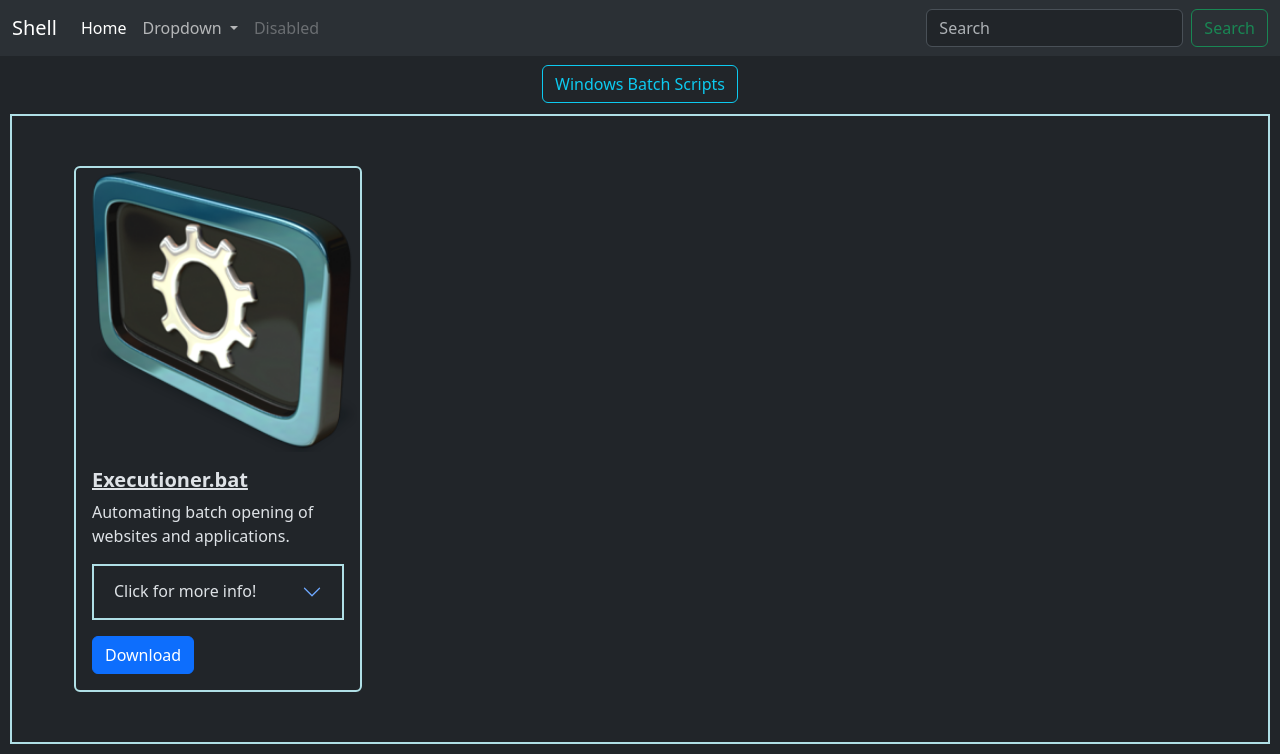
Repository: VictoriousMango/Archive
Page: index.html
These files come from the project's save history. The page is drawn as it stood at one moment and after the next save; the edit follows.
The browser window is 1280 px wide. The pictures show the whole page.

Above is the page before, as saved 2024-06-06 01:32:37.

### index.html
<!doctype html>
<html lang="en">
    <head>
        <meta charset="utf-8">
        <meta name="viewport" content="width=device-width, initial-scale=1">
        <title>Bootstrap demo</title>
        <link href="https://cdn.jsdelivr.net/npm/bootstrap@5.3.3/dist/css/bootstrap.min.css" rel="stylesheet" integrity="sha384-QWTKZyjpPEjISv5WaRU9OFeRpok6YctnYmDr5pNlyT2bRjXh0JMhjY6hW+ALEwIH" crossorigin="anonymous">    </head>
    <body data-bs-theme="dark">
        <!-- NavBar -->
        <nav class="navbar navbar-expand-lg bg-body-tertiary ">
            <div class="container-fluid">
                <a href="#" class="navbar-brand" role="button" onclick="Toggling()">Shell</a>
              <button class="navbar-toggler" type="button" data-bs-toggle="collapse" data-bs-target="#navbarSupportedContent" aria-controls="navbarSupportedContent" aria-expanded="false" aria-label="Toggle navigation">
                <span class="navbar-toggler-icon"></span>
              </button>
                <div class="collapse navbar-collapse" id="navbarSupportedContent">
                    <ul class="navbar-nav me-auto mb-2 mb-lg-0">
                    <li class="nav-item">
                        <a class="nav-link active" aria-current="page" href="#">Home</a>
                    </li>
                    <li class="nav-item dropdown">
                        <a class="nav-link dropdown-toggle" href="#" role="button" data-bs-toggle="dropdown" aria-expanded="false">
                        Dropdown
                        </a>
                        <ul class="dropdown-menu">
                        <li><a class="dropdown-item" href="#Batch">Windows Batch Scripts</a></li>
                        </ul>
                    </li>
                    <li class="nav-item">
                        <a class="nav-link disabled" aria-disabled="true">Disabled</a>
                    </li>
                    </ul>
                    <form class="d-flex" role="search">
                        <input class="form-control me-2" type="search" placeholder="Search" aria-label="Search">
                        <button class="btn btn-outline-success" type="submit">Search</button>
                    </form>
                </div>
            </div>
        </nav>
        <!-- NavBar -->

        <!-- Windows Batch File -->
        <h1 style="text-align : center;" id="Batch"><button type="button" class="btn btn-outline-info">Windows Batch Scripts</button></h1>
        <div class="row" style="border: 2px solid powderblue; margin: 10px; padding: 50px;">
            <!-- First Card -->
            <div class="col">
                <div class="card" style="width: 18rem; border: 2px solid powderblue;">
                    <img src="Images\MS-DOS_Batch_File.png" class="card-img-top" alt="...">
                    <div class="card-body">
                        <h5 class="card-title"><b><u>Executioner.bat</u></b></h5>
                        <p class="card-text">
                            Automating batch opening of websites and applications.
                            <div class="accordion accordion-flush" id="accordionFlushExample">
                                <div class="accordion-item" style="border: 2px solid powderblue;">
                                  <h2 class="accordion-header">
                                    <button class="accordion-button collapsed" type="button" data-bs-toggle="collapse" data-bs-target="#flush-collapseOne" aria-expanded="false" aria-controls="flush-collapseOne">
                                      Click for more info!
                                    </button>
                                  </h2>
                                  <div id="flush-collapseOne" class="accordion-collapse collapse" data-bs-parent="#accordionFlushExample">
                                    <div class="accordion-body">
                                        <ul>
                                            <li>It will store different links in some sort of groups defined and structured by you.</li>
                                            <li>After creating groups, you can use this application to open multiple websites and applications in a batch simultaneously.</li>
                                            <li>This can be used as a productivity tool, for automating opening of few applications by entering just the name of group.</li>
                                        </ul>
                                    </div>
                                  </div>
                                </div>
                        </p>
                        <a href="Groups/Projects/Executioner.bat" class="btn btn-primary" download>Download</a>
                    </div>
                  </div>
            </div>
        </div>
        <!-- Windows Batch File -->

        <!-- Including JS -->
        <script src="https://cdn.jsdelivr.net/npm/bootstrap@5.3.3/dist/js/bootstrap.bundle.min.js" integrity="sha384-YvpcrYf0tY3lHB60NNkmXc5s9fDVZLESaAA55NDzOxhy9GkcIdslK1eN7N6jIeHz" crossorigin="anonymous"></script>
        <!-- JS for the web page -->
        <script>
            function Toggling() {
                console.log("Clicked the toggle button")
                console.log()
                var element = document.body;
                element.dataset.bsTheme = element.dataset.bsTheme=="light"?"dark":"light"
            }
        </script>
    </body>
</html>

After the next save:
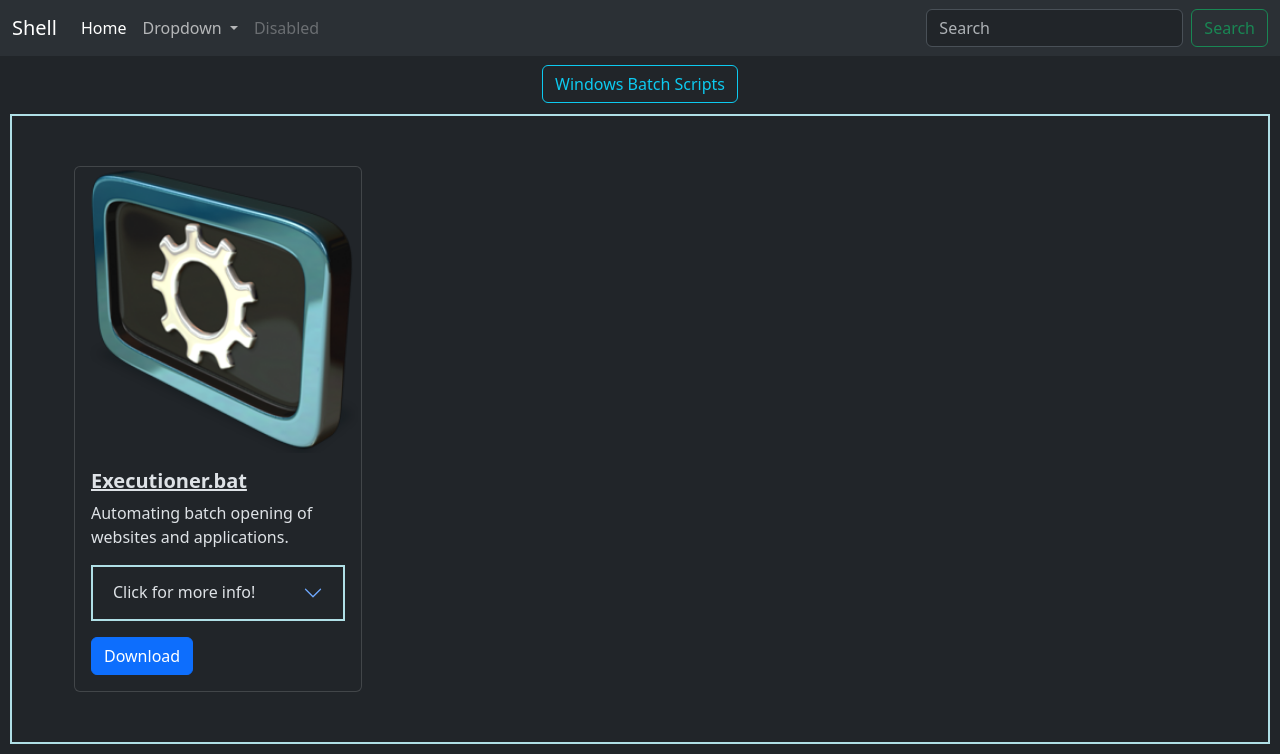
Saved 21 s later.
--- a/index.html
+++ b/index.html
@@ -44,7 +44,7 @@
         <div class="row" style="border: 2px solid powderblue; margin: 10px; padding: 50px;">
             <!-- First Card -->
             <div class="col">
-                <div class="card" style="width: 18rem; border: 2px solid powderblue;">
+                <div class="card" style="width: 18rem;">
                     <img src="Images\MS-DOS_Batch_File.png" class="card-img-top" alt="...">
                     <div class="card-body">
                         <h5 class="card-title"><b><u>Executioner.bat</u></b></h5>
